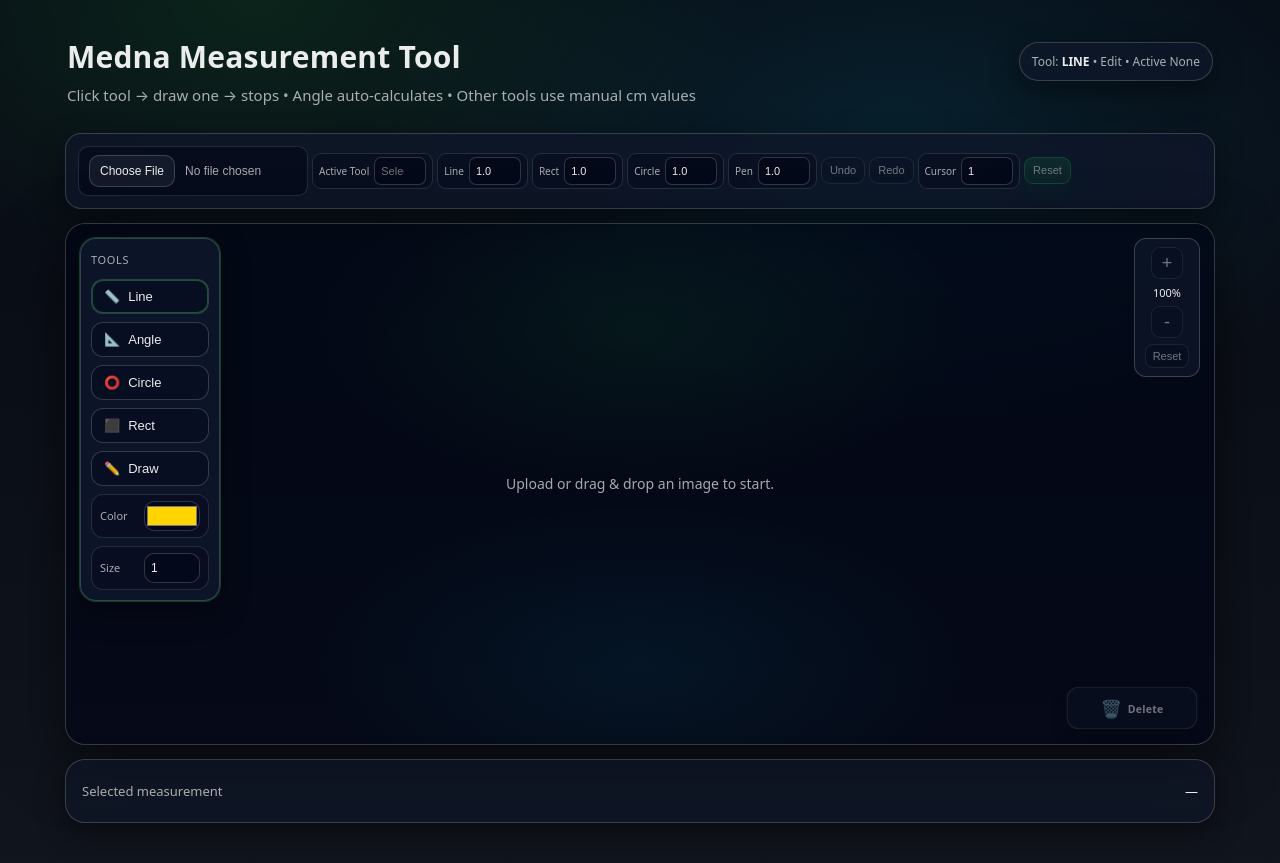
Repository: Sumaiya43/medna-tools
Page: /
These files come from the project's save history. The page is drawn as it stood at one moment and after the next save; the edit follows.
The browser window is 1280 px wide. The pictures show the whole page.
The project was rebuilt for these pictures with package versions that can differ from the ones it lists, and the page was loaded fresh each time. The framework's server and built-in components were replaced by stand-ins that run in the browser. Also part of the build but not shown: next.config.mjs.

Above is the page before, as saved 2026-02-27 00:40:00.

After the next save:
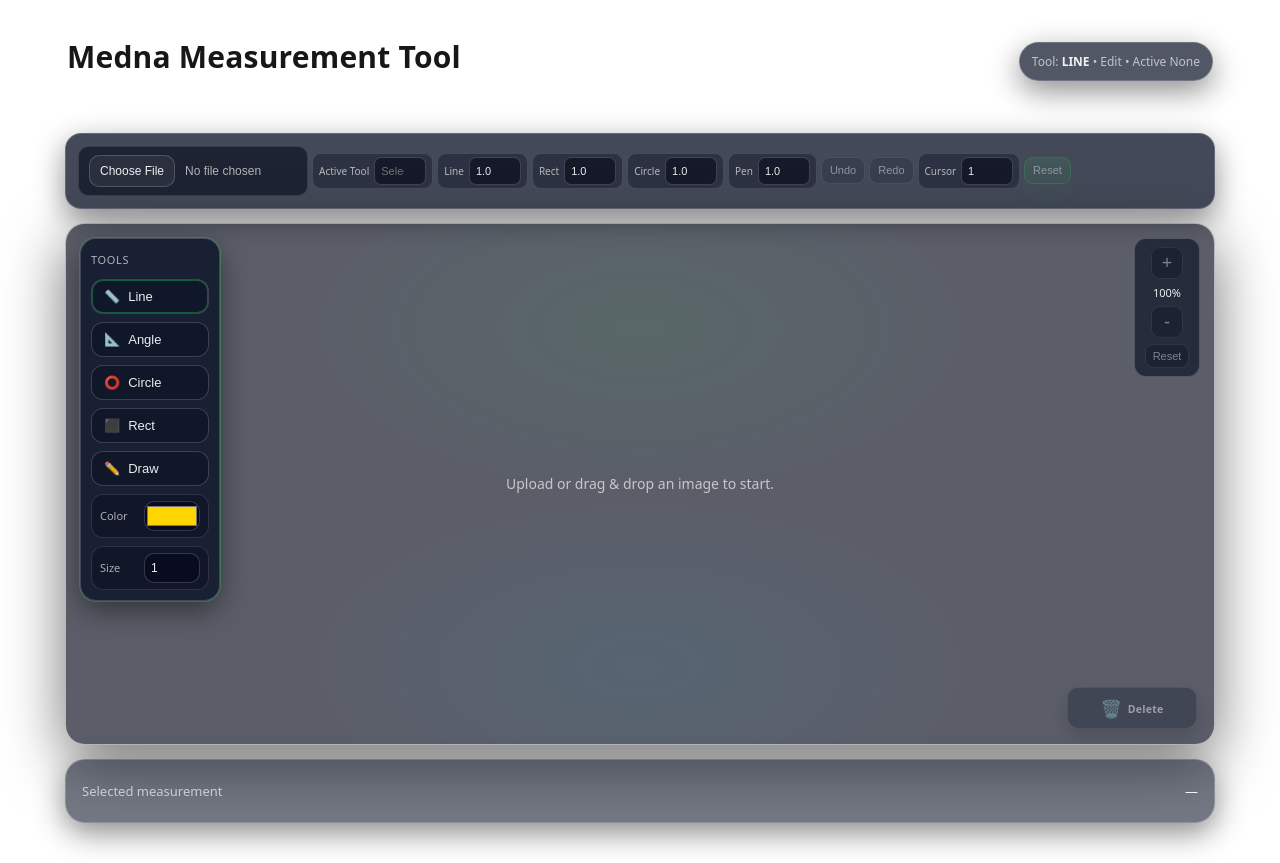
Saved 3 min 42 s later.
--- a/src/app/page.module.css
+++ b/src/app/page.module.css
@@ -21,7 +21,7 @@
 .main {
   min-height: 100vh;
   padding: 28px 18px 40px;
-  background:
+  /* background:
     radial-gradient(
       900px 500px at 70% 15%,
       rgba(0, 209, 255, 0.1),
@@ -33,7 +33,7 @@
       transparent 55%
     ),
     linear-gradient(180deg, rgba(7, 11, 20, 1), rgba(7, 11, 20, 0.96));
-  color: var(--text);
+  color: var(--text); */
   font-family:
     ui-sans-serif,
     system-ui,

After the save that followed:
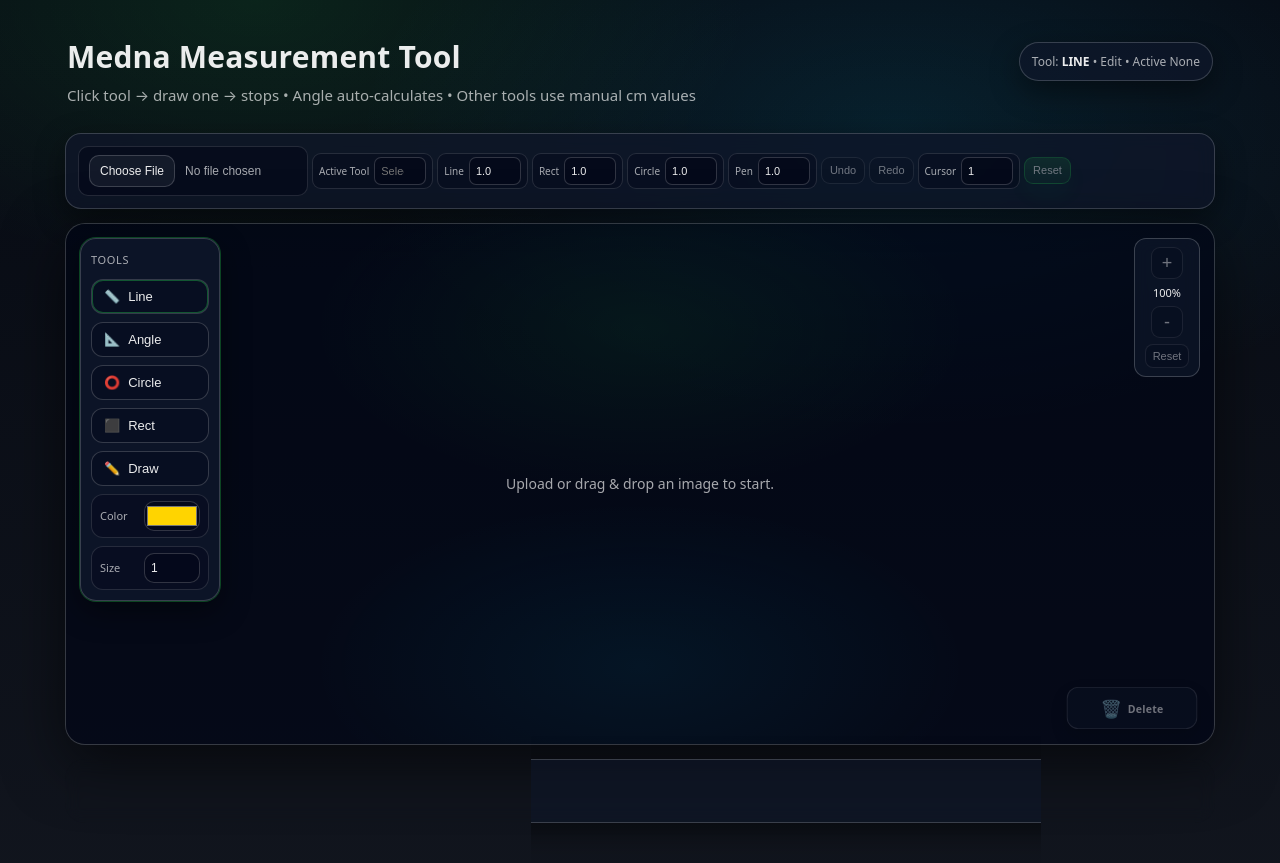
Saved 9 s later.
--- a/src/app/page.module.css
+++ b/src/app/page.module.css
@@ -21,7 +21,7 @@
 .main {
   min-height: 100vh;
   padding: 28px 18px 40px;
-  /* background:
+  background:
     radial-gradient(
       900px 500px at 70% 15%,
       rgba(0, 209, 255, 0.1),
@@ -33,7 +33,7 @@
       transparent 55%
     ),
     linear-gradient(180deg, rgba(7, 11, 20, 1), rgba(7, 11, 20, 0.96));
-  color: var(--text); */
+  color: var(--text);
   font-family:
     ui-sans-serif,
     system-ui,
